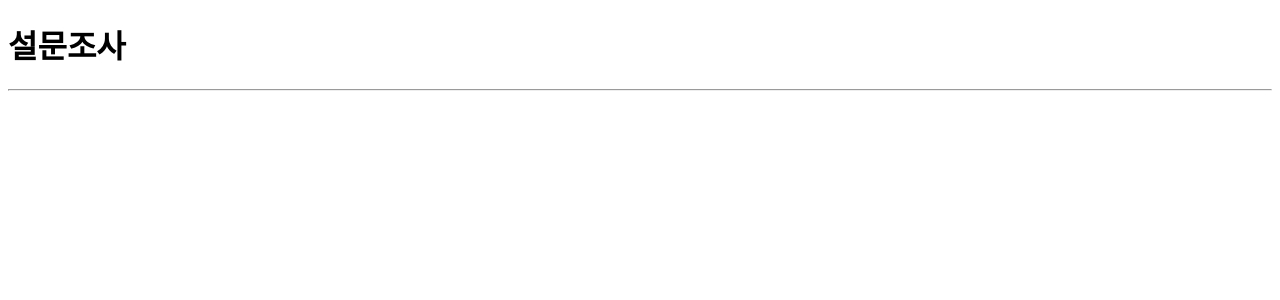
Repository: suhong99/htmlLecture
Page: cssWork1/src/main/webapp/indext5.html
The author's editor kept a copy of each file at every save. The page is drawn from the files as they stood at one save, then again after the next save.
The browser window is 1280 px wide. The pictures show the whole page.

Above is the page before, as saved 2023-06-22 07:10:42.

### cssWork1/src/main/webapp/indext5.html
<!DOCTYPE html>
<html>
<head>
<meta charset="UTF-8">
<title>Insert title here</title>
</head>
<body>

<h1>설문조사</h1>

<hr>
</body>
</html>

After the next save:
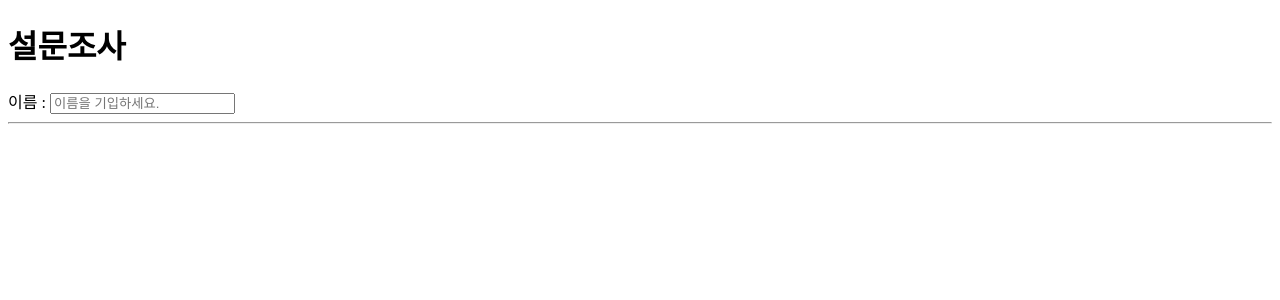
Saved 43 s later.
--- a/cssWork1/src/main/webapp/indext5.html
+++ b/cssWork1/src/main/webapp/indext5.html
@@ -7,7 +7,7 @@
 <body>
 
 <h1>설문조사</h1>
-
+<div>이름 : <input placeholder="이름을 기입하세요."/></div>
 <hr>
 </body>
 </html>
